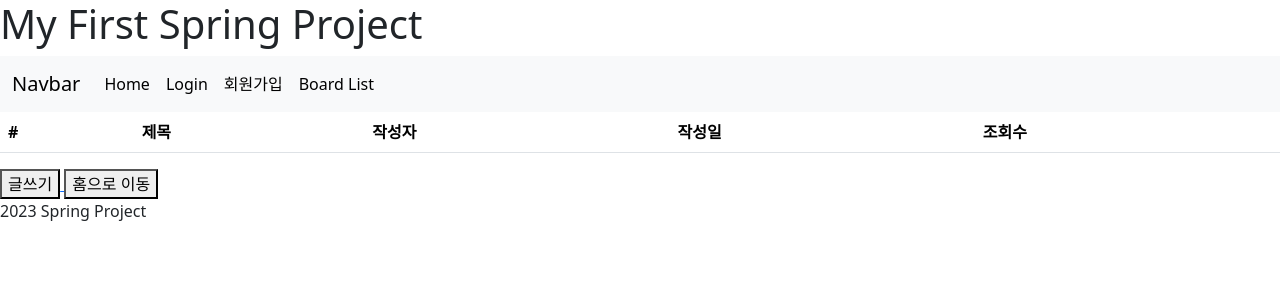
Repository: HongSeungBo/secondspring
Page: http://localhost/spring_test/WEB-INF/views/board/list.jsp
The author's editor kept a copy of each file at every save. The page is drawn from the files as they stood at one save, then again after the next save.
The browser window is 1280 px wide. The pictures show the whole page.
The page is served by Tomcat 9. Nobody is signed in. The template is opened directly, without the code that normally fills it, so the values that code supplies are empty.

Above is the page before, as saved 2023-10-10 07:15:22.

After the next save:
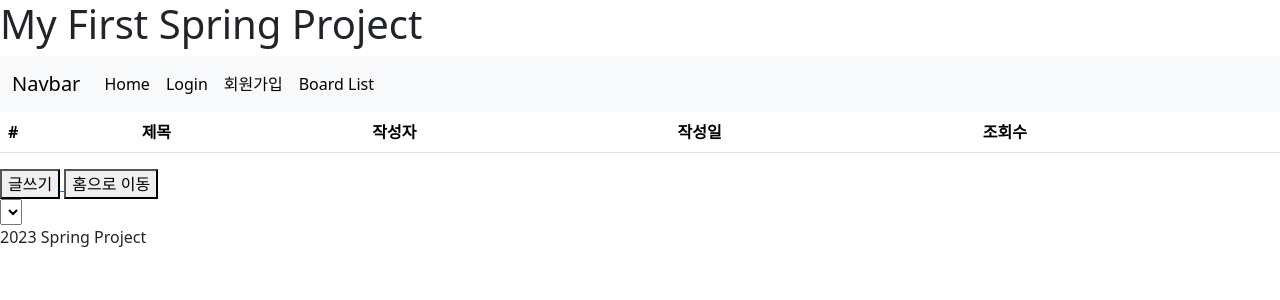
Saved 2 min 54 s later.
--- a/spring test/src/main/webapp/WEB-INF/views/board/list.jsp
+++ b/spring test/src/main/webapp/WEB-INF/views/board/list.jsp
@@ -48,7 +48,9 @@ if(isOk==1){
 
 	<!-- 검색 라인 -->
 	<form action="">
-
+		<select name="type">
+			<option>
+		</select>
 	</form>
 
 <jsp:include page="../layout/footer.jsp"></jsp:include>
